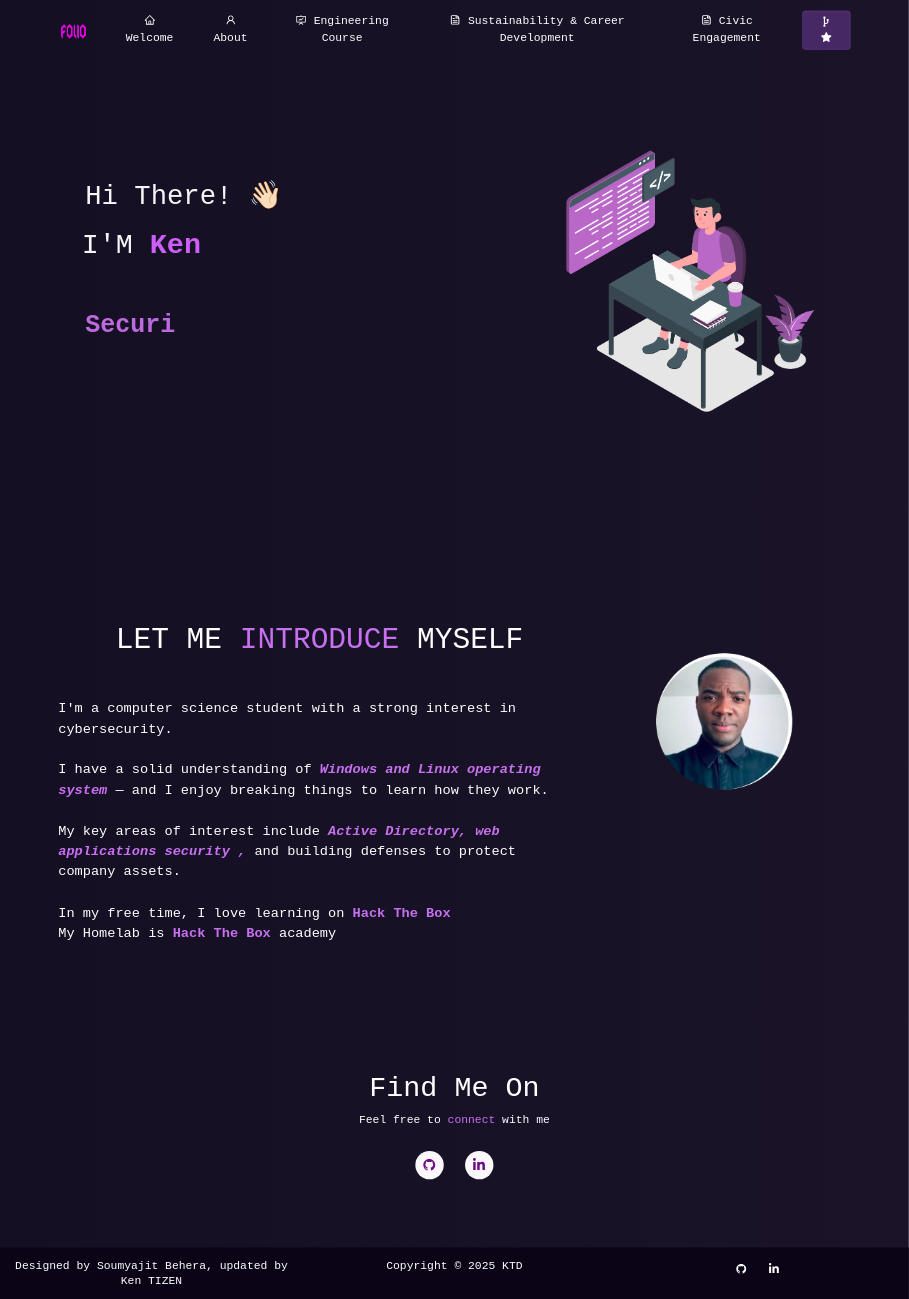
Repository: KenTizen17/ktdportfolio
Page: /
These files come from the project's save history. The page is drawn as it stood at one moment and after the next save; the edit follows.
The browser window is 1280 px wide. The pictures show the whole page, at 71% of full size.
Some web fonts or font styles are not loaded; a fallback is used. The project was rebuilt for these pictures with package versions that can differ from the ones it lists, and the page was loaded fresh each time. Also part of the build but not shown: src/components/About/Github.js, src/components/About/Techstack.js, src/components/About/AboutCard.js, src/components/About/Toolstack.js, src/components/About/About.js, src/components/Projects/ProjectCards.js, src/components/Projects/Projects.js, src/components/Resume/ResumeNew.js and 3 more. Imported but missing from the stored project, and not drawn on this page: src/Assets/CVKEN.pdf, src/Assets/CVKENFrench1.pdf, src/Assets/Ken_TIZEN-CEP.pdf.

Above is the page before, as saved 2025-11-30 18:15:47.

After the next save:
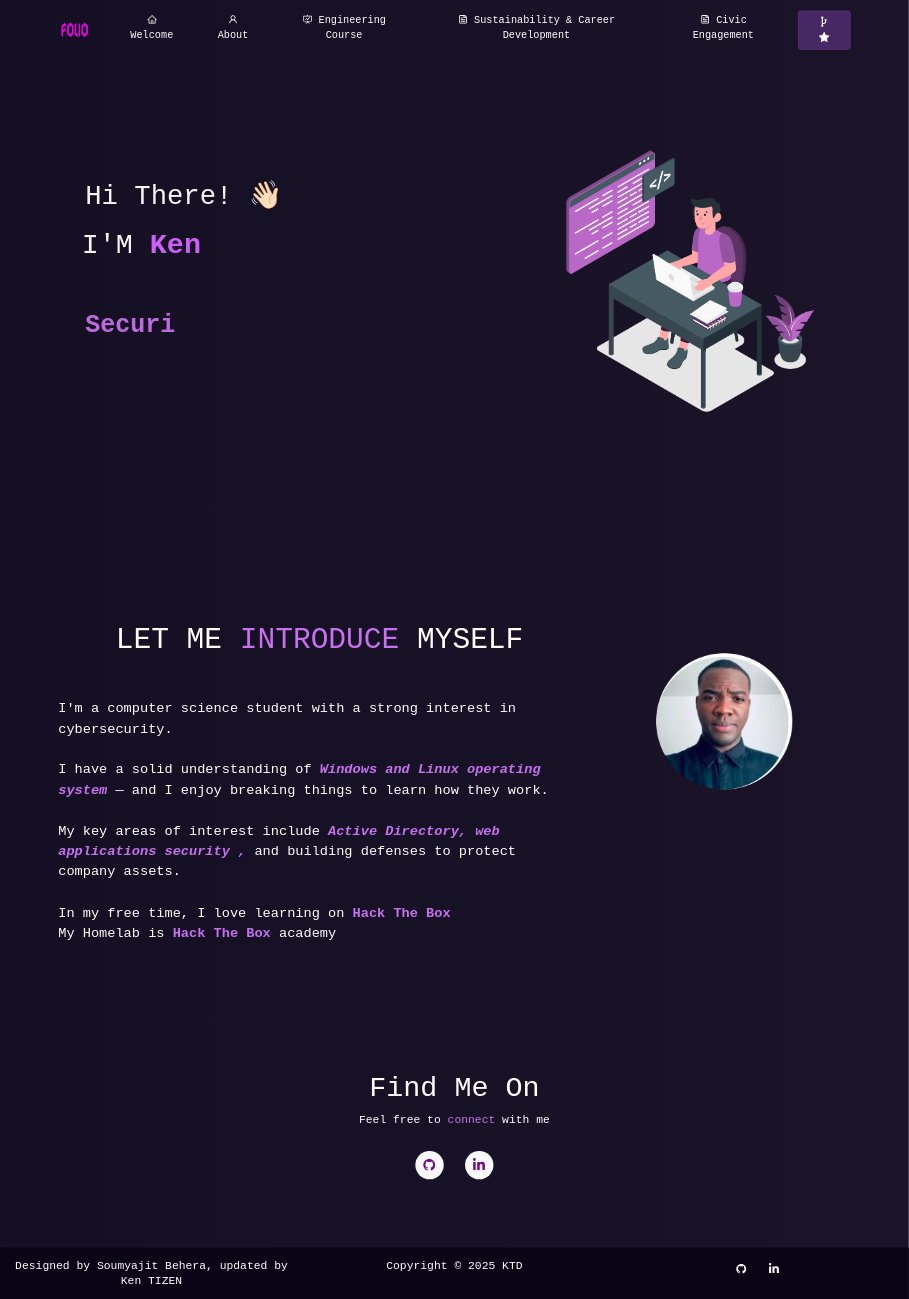
Saved 8 s later.
--- a/src/style.css
+++ b/src/style.css
@@ -91,7 +91,7 @@ button:focus {
   position: fixed !important;
   transition: all 0.3s ease-out 0s !important;
   padding: 0.3rem 2rem !important;
-  font-size: 1rem !important;
+  font-size: 0.9rem !important;
 }
 
 .navbar-toggler {
